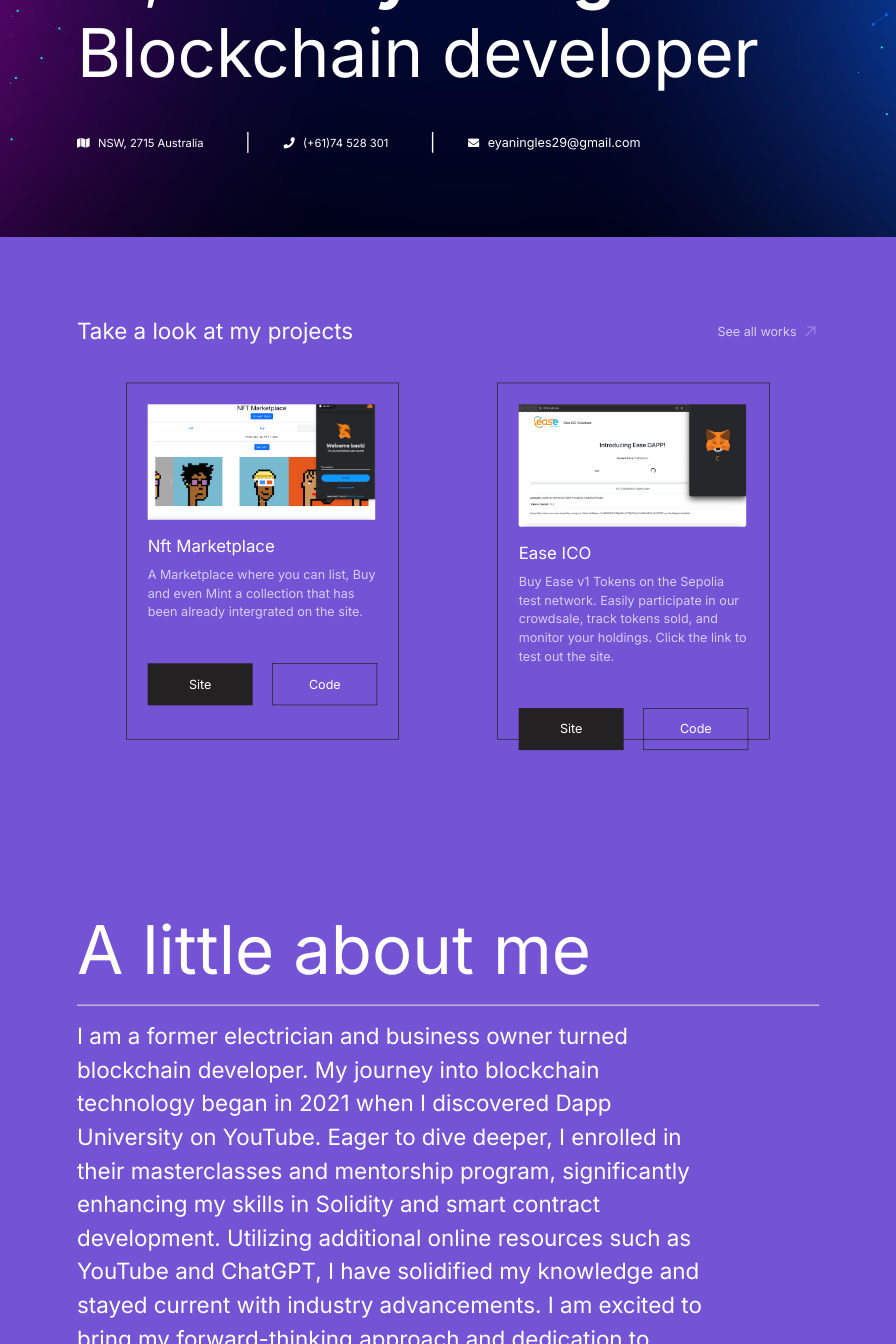
Repository: EyanIngles/Resume
Page: index.html
The author's editor kept a copy of each file at every save. The page is drawn from the files as they stood at one save, then again after the next save.
The browser window is 1280 px wide. The pictures show the part of the page from y = 511 to 2431 px (the page is 4848 px tall), at 70% of full size.

Above is the page before, as saved 2024-06-02 17:14:31.

After the next save:
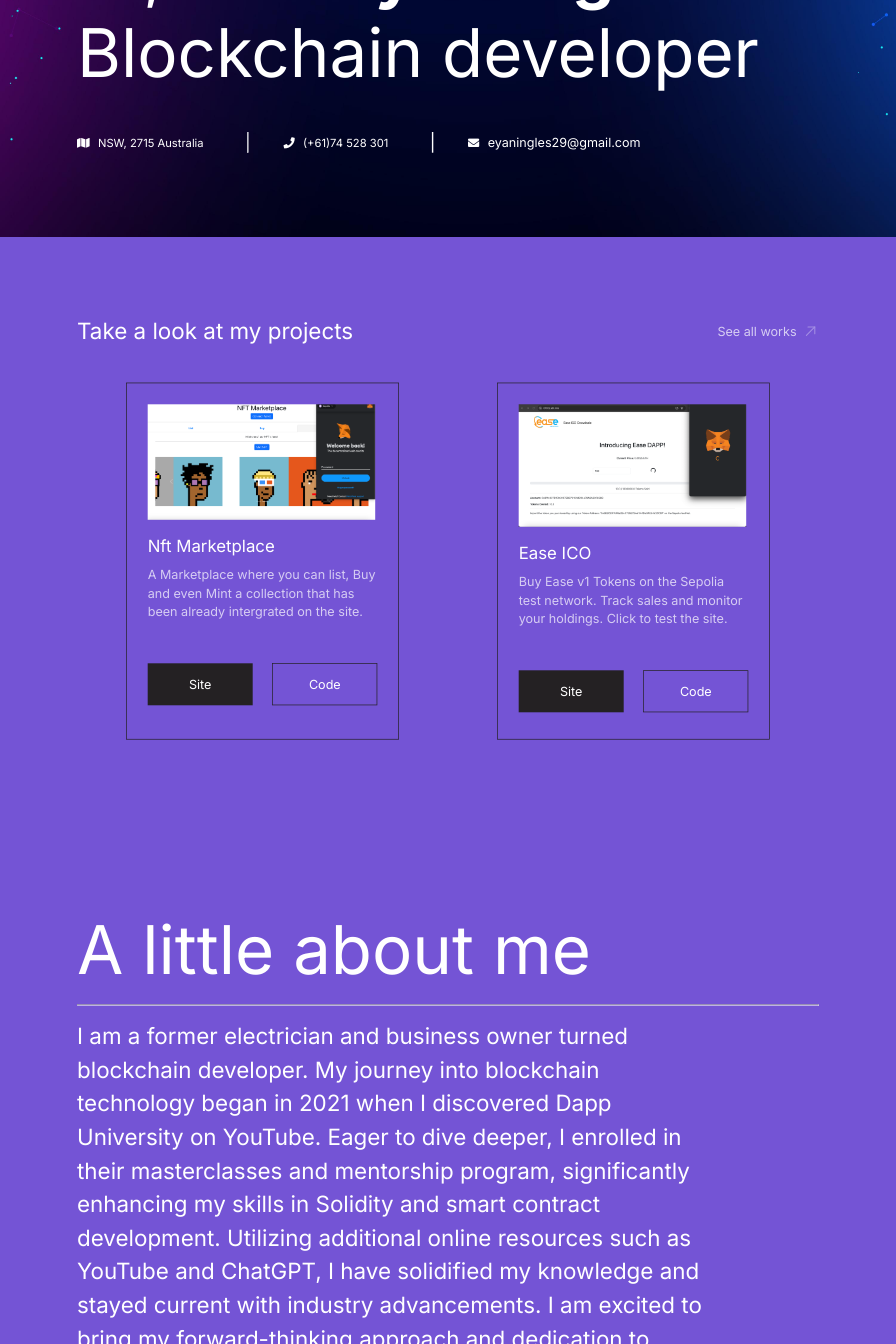
Saved 3 h 7 min later.
--- a/index.html
+++ b/index.html
@@ -87,7 +87,7 @@
                 <div class="card">
                     <img src="./img/projects/project2.png" alt="Nft Marketplace">
                     <h3 class="card-title">Ease ICO </h3>
-                    <p class="card-description">Buy Ease v1 Tokens on the Sepolia test network. Easily participate in our crowdsale, track tokens sold, and monitor your holdings. Click the link to test out the site. </p>
+                    <p class="card-description">Buy Ease v1 Tokens on the Sepolia test network. Track sales and monitor your holdings. Click to test the site.</p>
                     <div class="card-buttons">
                         <a href="https://07922.eth.limo/" class="card-button--site">Site</a>
                         <a href="https://github.com/EyanIngles/ICO" class="card-button--code">Code</a>
